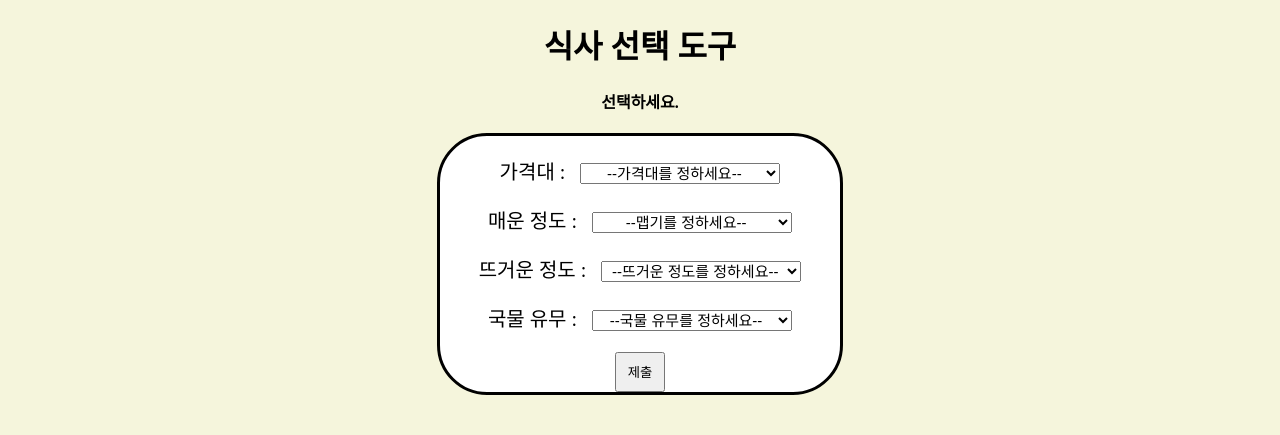
Repository: kimgh06/JavaWeb
Page: http://localhost/what/
These files come from the project's save history. The page is drawn as it stood at one moment and after the next save; the edit follows.
The browser window is 1280 px wide. The pictures show the whole page.
The page is served by Tomcat 9.

Above is the page before, as saved 2022-11-04 01:20:20.

After the next save:
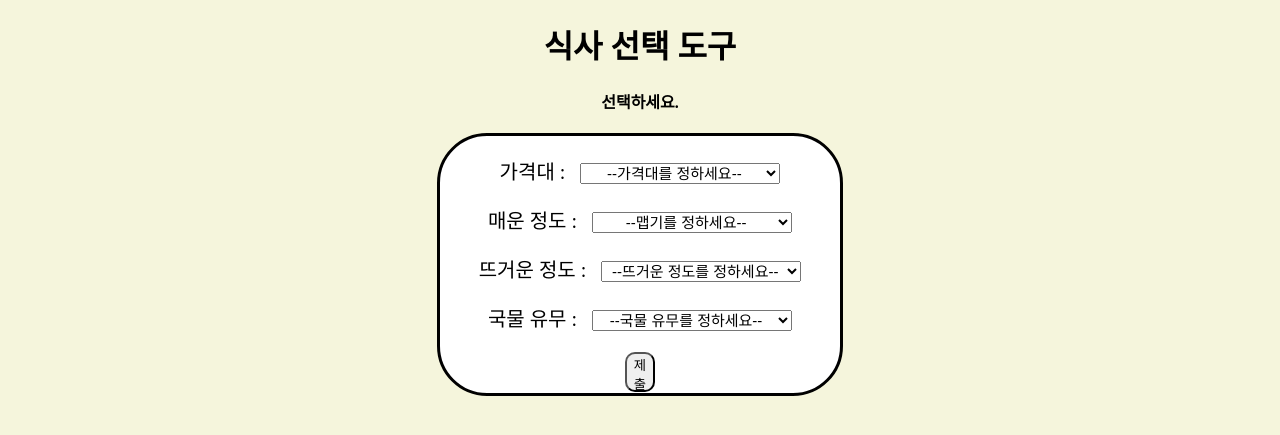
Saved 54 s later.
--- a/what/src/main/webapp/main.css
+++ b/what/src/main/webapp/main.css
@@ -36,5 +36,6 @@ body{
 
 #form button{
 	height: 40px;
-	width: 50px;
+	width: 30px;
+	border-radius: 10px;
 }
